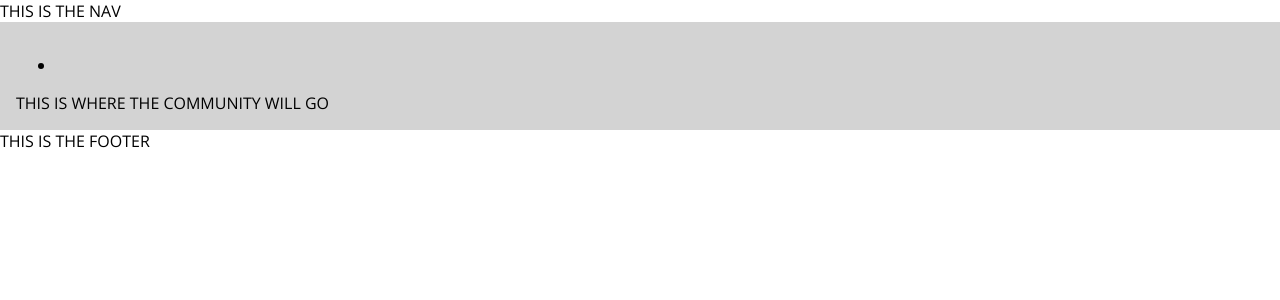
Repository: Tasups/Max-s-Website
Page: views/index.html
The author's editor kept a record of every edit. The page is drawn from the files as they stood at one moment, then again after the next edit.
The browser window is 1280 px wide. The pictures show the whole page.

Above is the page before.

After the next edit:
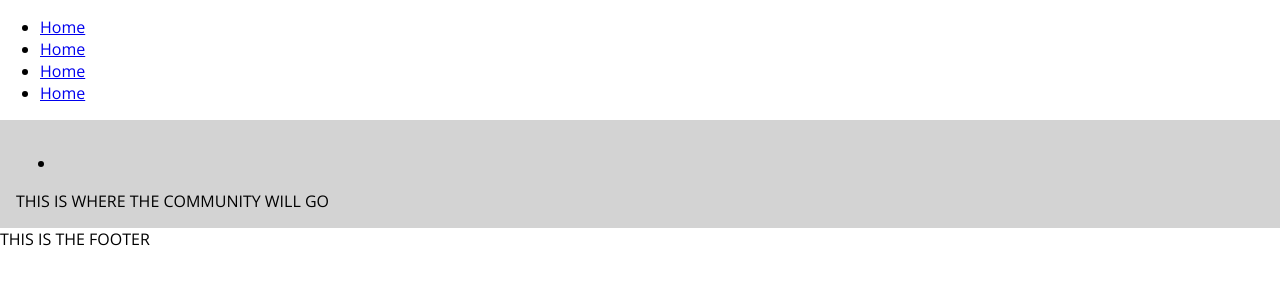
The edit:
--- a/views/index.html
+++ b/views/index.html
@@ -8,7 +8,20 @@
     <body>
         <header>
             <nav class="navigation">
-                THIS IS THE NAV
+                <ul class="nav__list">
+                    <li class="nav__list-item">
+                        <a class="nav__list-item__img" href="#">Home</a>
+                    </li>
+                    <li class="nav__list-item">
+                        <a class="nav__list-item__img" href="#">Home</a>
+                    </li>
+                    <li class="nav__list-item">
+                        <a class="nav__list-item__img" href="#">Home</a>
+                    </li>
+                    <li class="nav__list-item">
+                        <a class="nav__list-item__img" href="#">Home</a>
+                    </li>
+                </ul>
             </nav>
         </header>
         <main>
